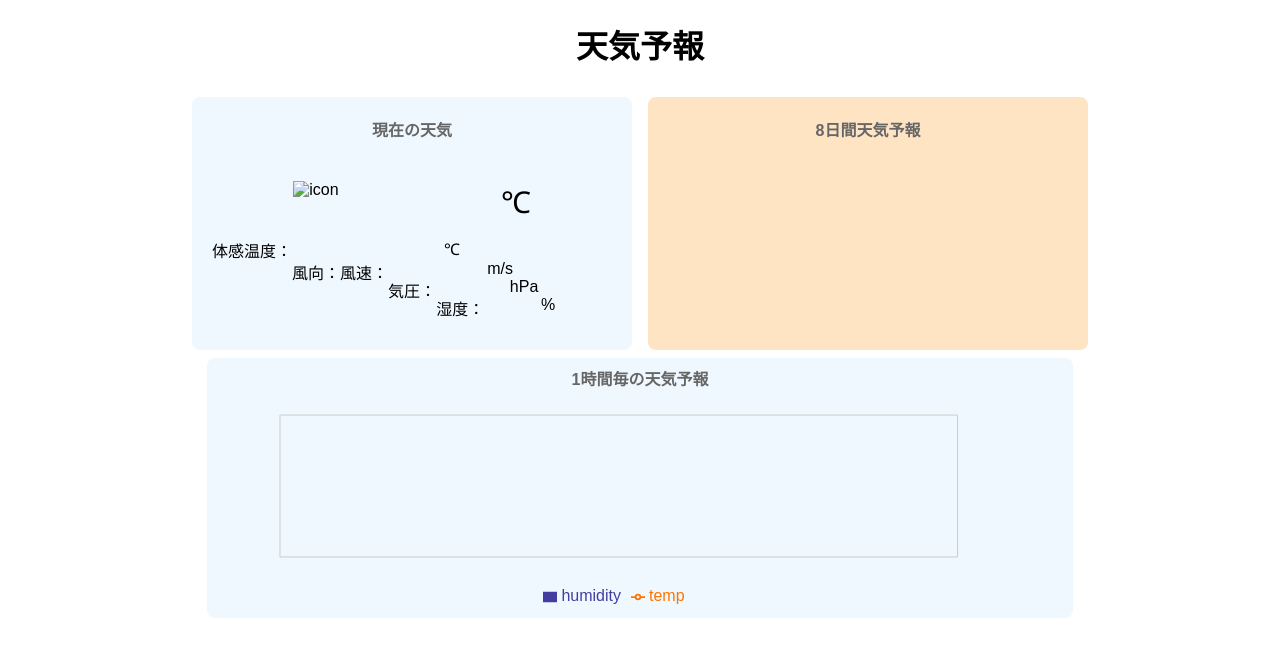
Repository: IshigureTomoki/weather-app
Page: /
These files come from the project's save history. The page is drawn as it stood at one moment and after the next save; the edit follows.
The browser window is 1280 px wide. The pictures show the whole page.
The page's requests for data from a server got no answer. The project was rebuilt for these pictures with package versions that can differ from the ones it lists, and the page was loaded fresh each time. No one was signed in, and anything a server would have sent is missing.

Above is the page before, as saved 2022-02-25 15:02:56.

### src/App.tsx
import axios from "axios";
import { report } from "process";
import React, { useEffect, useState } from "react";
import { convertTypeAcquisitionFromJson } from "typescript";
import "./App.css";
import { LinePlot } from "./components/LinePlot";

function App() {
  useEffect(() => {
    wetherOneCall();
  }, []);

  type weatherReportType = {
    time: string;
    timezone: string;
    temp: string;
    feels_like: string;
    wind_deg: string;
    wind_speed: string;
    pressure: string;
    humidity: string;
    weatherDescription: string;
    weatherIcon: string;
  };

  type weatherDailyReportsType = {
    dt: number;
    temp: {
      max: string;
      min: string;
    };
    weather: [
      {
        description: string;
        icon: string;
        id: string;
        main: string;
      }
    ];
  };

  type weatherHourlyReportsType = {
    time: string;
    temp: string;
    humidity: string;
  };

  const [weatherReport, setWeatherReport] = useState<weatherReportType>();
  const [weatherDailyReports, setWeatherDailyReports] = useState<
    weatherDailyReportsType[]
  >([]);

  const [weatherHourlyReports, setWeatherHourlyReports] = useState<
    weatherHourlyReportsType[]
  >([]);
  const [serchCity, setSearchCity] = useState("");

  const time = (dt: number) => {
    const srTime = new Date(dt * 1000);
    const time = srTime.toLocaleTimeString();
    return `${time}`;
  };

  const hour = (dt: number) => {
    const srTime = new Date(dt * 1000);
    const hour = srTime.getHours();
    return `${hour}`;
  };

  const mday = (dt: number) => {
    const srTime = new Date(dt * 1000);
    const day = srTime.toLocaleDateString();
    return `${day}`;
  };

  const date = (dt: number) => {
    const srTime = new Date(dt * 1000);
    const date = srTime.getDate();
    return `${date}`;
  };

  const dayOfWeekStr = (dt: number) => {
    const srTime = new Date(dt * 1000);
    const day = srTime.getDay();
    const dayOfWeekStrJP = ["日", "月", "火", "水", "木", "金", "土"];
    return `(${dayOfWeekStrJP[day]})`;
  };

  const wetherOneCall = async () => {
    await axios
      .get(
        "https://api.openweathermap.org/data/2.5/onecall?lat=35.690&lon=139.692&lang=ja&units=metric&appid=ff86fbdda3c22e95ce0071f6a7826f6c"
      )
      .then((res) => {
        console.log(res);

        const get_wind_deg = (wind_deg: number) => {
          let r = "北↓";
          if (wind_deg >= 11.25) r = "北北東";
          if (wind_deg >= 33.75) r = "北東↙︎";
          if (wind_deg >= 56.25) r = "東北東";
          if (wind_deg >= 78.75) r = "東←";
          if (wind_deg >= 101.25) r = "東南東";
          if (wind_deg >= 123.75) r = "南東↖︎";
          if (wind_deg >= 146.25) r = "南南東";
          if (wind_deg >= 168.75) r = "南↑";
          if (wind_deg >= 191.25) r = "南南西";
          if (wind_deg >= 213.75) r = "南西↗︎";
          if (wind_deg >= 236.25) r = "西南西";
          if (wind_deg >= 258.75) r = "西→";
          if (wind_deg >= 281.25) r = "西北西";
          if (wind_deg >= 303.75) r = "北西↘︎";
          if (wind_deg >= 326.25) r = "北北西";
          return r;
        };

        const report = {
          time: `${mday(res.data.current.dt)} ${time(res.data.current.dt)}`,
          timezone: res.data.timezone,
          temp: res.data.current.temp,
          feels_like: res.data.current.feels_like,
          wind_deg: get_wind_deg(res.data.current.wind_deg),
          wind_speed: res.data.current.wind_speed,
          pressure: res.data.current.pressure,
          humidity: res.data.current.humidity,
          weatherDescription: res.data.current.weather[0].description,
          weatherIcon: `http://openweathermap.org/img/wn/${res.data.current.weather[0].icon}@2x.png`,
        };

        const hourlyreports = res.data.hourly.map(
          (hourly: any, index: number) => {
            return {
              time: hour(hourly.dt),
              temp: hourly.temp,
              humidity: hourly.humidity,
            };
          }
        );

        hourlyreports.length = 24;

        console.log(report);
        setWeatherReport(report);
        setWeatherDailyReports(res.data.daily);
        console.log(hourlyreports);
        setWeatherHourlyReports(hourlyreports);
      });
  };
  return (
    <>
      <div className="App">
        <h1>天気予報</h1>
        <div className="upper">
          <div className="now-area">
            <div className="title">現在の天気</div>
            <div className="nowtime">{weatherReport?.time}</div>
            <div className="nowplace">{weatherReport?.timezone}</div>
            <div className="nowtemps">
              <div>
                <img src={weatherReport?.weatherIcon} alt="icon" width={120} />
              </div>
              <div>
                <div className="nowtemp">{weatherReport?.temp}℃</div>
                <div className="nowdes">
                  {weatherReport?.weatherDescription}
                </div>
              </div>
            </div>
            <dl>
              <dt>体感温度</dt>
              <dd>{weatherReport?.feels_like}℃</dd>
              <dt>風向</dt>
              <dd>{weatherReport?.wind_deg}</dd>
              <dt>風速</dt>
              <dd>{weatherReport?.wind_speed}m/s</dd>
              <dt>気圧</dt>
              <dd>{weatherReport?.pressure}hPa</dd>
              <dt>湿度</dt>
              <dd>{weatherReport?.humidity}%</dd>
            </dl>
          </div>

          <div className="dayly-area">
            <div className="title">8日間天気予報</div>

            {weatherDailyReports.map((report) => (
              <>
                <div className="dayly">
                  <div className="daylyd">
                    {date(report.dt)}
                    {dayOfWeekStr(report.dt)}
                  </div>
                  <div className="daylyi">
                    <img
                      src={`http://openweathermap.org/img/wn/${report.weather[0].icon}@2x.png`}
                      alt="icon"
                      width={40}
                    />
                  </div>
                  <div className="daylyde">{report.weather[0].description}</div>
                  <div className="daylym">
                    {report.temp.max}/{report.temp.min}℃
                  </div>
                </div>
              </>
            ))}
          </div>
        </div>

        <div className="hourly-area">
          <div className="title">1時間毎の天気予報</div>
          <LinePlot data={weatherHourlyReports} />
        </div>
      </div>
    </>
  );
}

export default App;

### src/App.css
body {
  font-family: sans-serif;
}

.App {
  text-align: center;
}

.upper {
  display: flex;
  justify-content: center;
}
.now-area {
  text-align: center;
  background-color: aliceblue;
  width: 400px;
  padding: 20px;
  margin: 8px;
  border-radius: 8px;
}
.nowtime {
  font-size: 30px;
}

.nowplace{
  font-size: 25px;
}
.nowtemps{
  padding-top: 20px;
  display: flex;
  justify-content:space-around;
}

.nowtemp{
  font-size: 30px;
}

dt {
  float: left;
}

dt::after {
  content: "：";
}

.dayly-area {
  text-align: center;
  background-color: bisque;
  width: 400px;
  padding: 20px;
  margin: 8px;
  border-radius: 8px;
}

.dayly {
  display: flex;
}

.daylyd {
  width: 60px;
}

.daylyi {
  width: 90px;
}

.daylym {
  width: 150px;
}

.daylyde {
  width: 100px;
}

.hourly-area {
  background-color: aliceblue;
  width: 850px;
  padding: 8px;
  margin: 0 auto;
  border-radius: 8px;
}
.title {
  text-align: center;
  margin: 0px 0px 20px 0px;
  font-weight: bold;
  color: #666;
}

### src/components/LinePlot.tsx
import {
  Line,
  CartesianGrid,
  XAxis,
  YAxis,
  Tooltip,
  Bar,
  ComposedChart,
  ResponsiveContainer,
  Legend,
} from "recharts";

export const LinePlot = (props: any) => {
  const data = props.data;
  // const data = [
  //   { time: "15", temp: 8.67, humidity: 5 },
  //   { time: "16", temp: 8.87, humidity: 24 },
  //   { time: "17", temp: 8.61, humidity: 25 },
  //   { time: "18", temp: 8.26, humidity: 26 },
  //   { time: "19", temp: 6.67, humidity: 60 },
  //   { time: "20", temp: 5.31, humidity: 68 },
  //   { time: "21", temp: 3.73, humidity: 10 },
  //   { time: "22", temp: 3.32, humidity: 22 },
  // ];
  console.log(data);
  return (
    <ResponsiveContainer width="95%" height={200}>
      <ComposedChart  data={data}>
        <Bar
          yAxisId={2}
          dataKey="humidity"
          barSize={15}
          fill="#413ea0"
          label={{ fill: "white", fontSize: 10 }}
        />
        <Line yAxisId={1} type="monotone" dataKey="temp" stroke="#ff7300" />
        <CartesianGrid stroke="#ccc" />
        <XAxis dataKey="time" label={{ value: "時刻", dx: 5 }} />
        <YAxis yAxisId={1} tickCount={8} unit="℃" label={{ value: "気温" }} />
        <YAxis
          yAxisId={2}
          tickCount={8}
          unit="%"
          label={{ value: "降水確率", dx: 5 }}
          orientation="right"
        />
        <Legend />
        <Tooltip />
      </ComposedChart>
    </ResponsiveContainer>
  );
};

Loaded but not shown: public/index.html (common file); src/index.tsx (common file); src/index.css (common file); src/reportWebVitals.ts (common file)

After the next save:
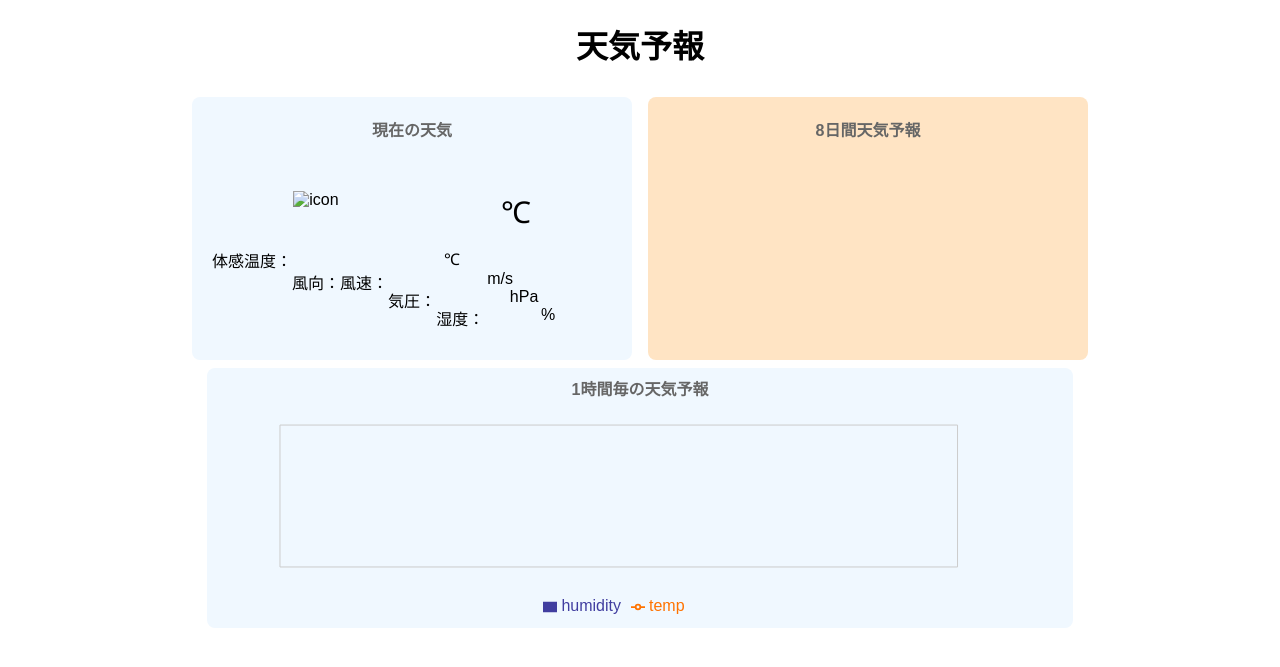
Saved 7 s later.
--- a/src/App.css
+++ b/src/App.css
@@ -26,7 +26,7 @@ body {
   font-size: 25px;
 }
 .nowtemps{
-  padding-top: 20px;
+  padding-top: 30px;
   display: flex;
   justify-content:space-around;
 }
